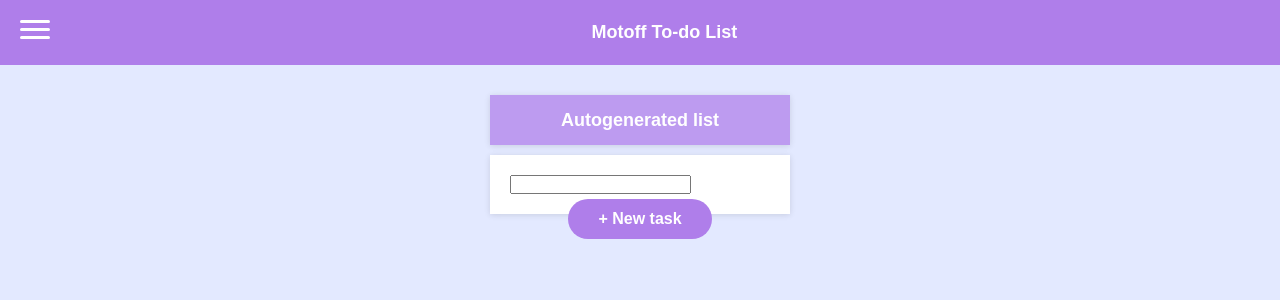
Repository: Amad-Mlinka/Todo-List-Vanilla-JS
Page: index.html
The author's editor kept a copy of each file at every save. The page is drawn from the files as they stood at one save, then again after the next save.
The browser window is 1280 px wide. The pictures show the whole page.
The page's requests for data from a server got no answer.

Above is the page before, as saved 2021-09-15 15:20:15.

After the next save:
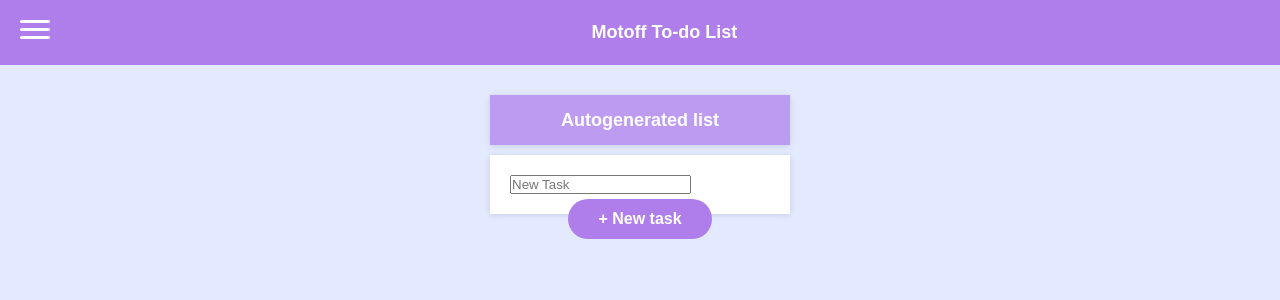
Saved 31 s later.
--- a/index.html
+++ b/index.html
@@ -35,7 +35,7 @@
           <div class="todoHeader">Autogenerated list</div>
           <div class="todoData">
             <div class="newTask">
-              <input type="text" name="newTask" id="newTask">
+              <input type="text" name="newTask" id="newTask" class="newTask" placeholder="New Task">
             </div>
           </div>
 

After the save that followed:
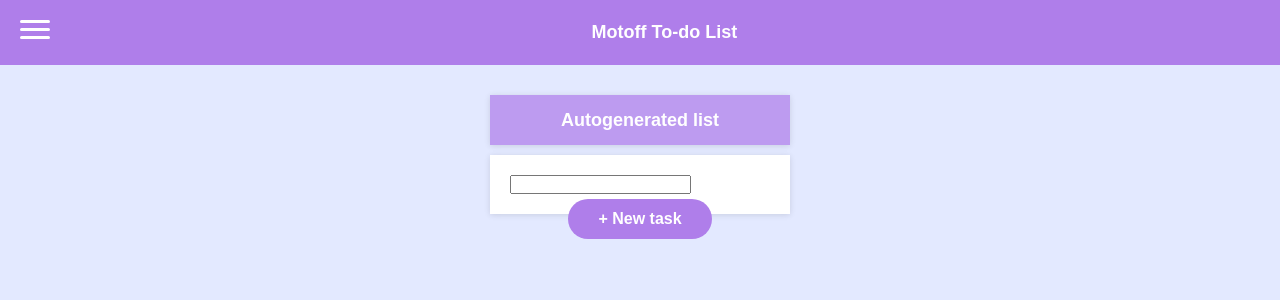
Saved 10 s later.
--- a/index.html
+++ b/index.html
@@ -35,7 +35,7 @@
           <div class="todoHeader">Autogenerated list</div>
           <div class="todoData">
             <div class="newTask">
-              <input type="text" name="newTask" id="newTask" class="newTask" placeholder="New Task">
+              <input type="text" name="newTask" id="newTask" class="newTask">
             </div>
           </div>
 
